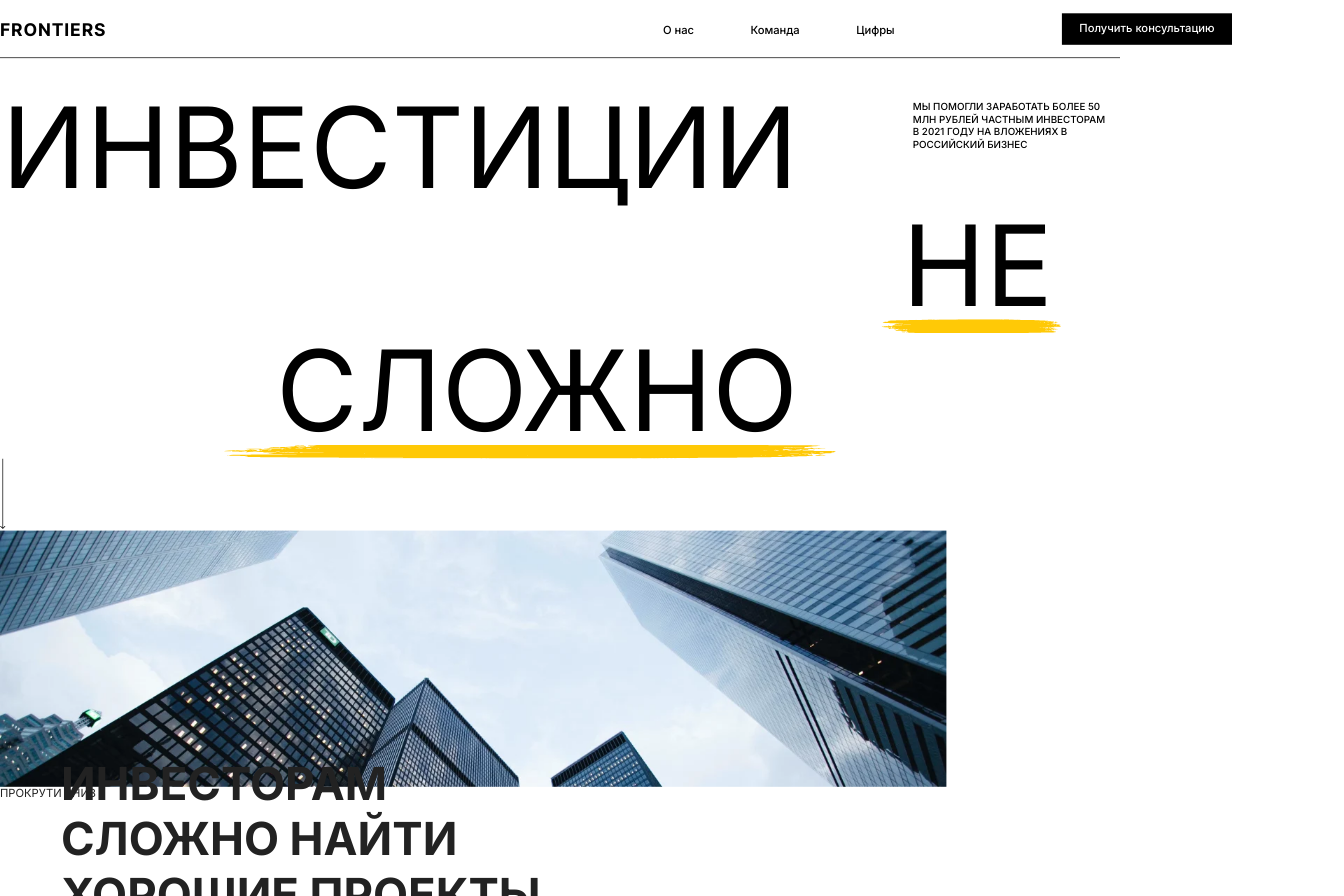
Repository: NadyaKorvin/frontiers
Page: /
An editor plug-in stored every save of this project. The page is shown before and after the next save, followed by the edit.
The browser window is 1280 px wide. The page is 1920 px wide, so the pictures cover 1920 px, including what lies to the right of the window. The pictures show the part of the page from y = 0 to 1280 px (the page is 2633 px tall), at 70% of full size.
The project was rebuilt for these pictures with package versions that can differ from the ones it lists, and the page was loaded fresh each time.

Above is the page before, as saved 2022-05-26 15:44:19.

### public/index.html
<!DOCTYPE html>
<html lang="en">
  <head>
    <meta charset="utf-8" />
    <link rel="icon" href="%PUBLIC_URL%/favicon.ico" />
    <meta name="viewport" content="width=device-width, initial-scale=1" />
    <meta name="theme-color" content="#000000" />
    <meta name="description" content="Web site created using create-react-app" />
    <link rel="apple-touch-icon" href="%PUBLIC_URL%/logo192.png" />
    <link rel="manifest" href="%PUBLIC_URL%/manifest.json" />
    <link rel="preconnect" href="https://fonts.googleapis.com" />
    <link rel="preconnect" href="https://fonts.gstatic.com" crossorigin />
    <link href="https://fonts.googleapis.com/css2?family=Inter:wght@300;400;500;700&display=swap" rel="stylesheet" />
    <title>FRONTIERS</title>
  </head>
  <body>
    <noscript>You need to enable JavaScript to run this app.</noscript>
    <div id="root"></div>
  </body>
</html>

### src/index.js
import React from "react"
import ReactDOM from "react-dom/client"

import App from "./App"

const root = ReactDOM.createRoot(document.getElementById("root"))
root.render(
  <React.StrictMode>
    <App />
  </React.StrictMode>
)

### src/App.js
import { useState } from "react";
import "./App.css";
import { SecondScreenAnimation } from "./components/secondScreen/SecondScreenAnimation";
import FirstScreen from "./components/firstScreen/FirstScreen";
import LastScreen from "./components/lastScreen/LastScreen";

function App() {
  const [mousePosition, setMousePosition] = useState("");

  const listenUpperMousePosition = (event) => {
    console.log(event);
    console.log(event.target);
    setMousePosition(event.target);
  };

  return (
    <>
      <FirstScreen />
      <div className="App">
        <SecondScreenAnimation listenMousePosition={listenUpperMousePosition} />
      </div>
      <LastScreen />
    </>
  );
}
export default App;

### src/App.css
@import url("./reset.css");
@import url("./components/secondScreen/SecondScreen.css");
@import url("./font/font.css");
@import url("./components/firstScreen/FirstScreen.css");
@import url("./components/lastScreen/LastScreen.css");
@import url("./components/button/Button.css");
@import url("./components/form/Form.css");

body {
  font-family: "Inter";
}

### src/components/firstScreen/FirstScreen.js
import React from "react";
import image from "./image.webp";

export default function firstScreen() {
  const pointer = (
    <svg
      width="8"
      height="101"
      viewBox="0 0 8 101"
      fill="none"
      xmlns="http://www.w3.org/2000/svg"
    >
      <path
        d="M4.35355 100.356C4.15829 100.551 3.84171 100.551 3.64645 100.356L0.464466 97.1735C0.269204 96.9783 0.269204 96.6617 0.464466 96.4664C0.659728 96.2712 0.976311 96.2712 1.17157 96.4664L4 99.2948L6.82843 96.4664C7.02369 96.2712 7.34027 96.2712 7.53553 96.4664C7.7308 96.6617 7.7308 96.9783 7.53553 97.1735L4.35355 100.356ZM3.5 100.002L3.5 0.00195312H4.5L4.5 100.002H3.5Z"
        fill="black"
      />
    </svg>
  );

  return (
    <>
      <section className="firstscreen">
        <header className="firstscreen__header">
          <div className="firstscreen__logotype">FRONTIERS</div>
          <div className="firstscreen__menu">
            <div className="firstscreen__nav">
              <nav className="firstscreen__nav_team">
                <ul>О нас</ul>
                <ul>Команда</ul>
                <ul>Цифры</ul>
              </nav>
            </div>
            <div className="firstscreen__button">
              <p className="firstscreen__text_btn">Получить консультацию</p>
            </div>
          </div>
        </header>
        <div className="firstscreen__content">
          <div className="firstscreen__content_left_text">
            <p>ИНВЕСТИЦИИ</p>
            <div>
              <p>СЛОЖНО</p>
              <div className="firstscreen__content_vector_complex" />
            </div>
          </div>
          <div className="firstscreen__content_rihgt_text">
            <div className="firstscreen__content_rihgt_text_up">
              <p>
                Мы помогли заработать более 50 млн рублей частным инвесторам в
                2021 году на вложениях в российский бизнес
              </p>
            </div>
            <div className="firstscreen__content_rihgt_text_down">
              <p>НЕ</p>
              <div className="firstscreen__content_vector_not" />
            </div>
          </div>
        </div>
        <div className="firstscreen__content_bottom_content">
          <div className="firstscreen__content_pointer">{pointer}</div>
          <img src={image} alt="" className="first__img" />
        </div>
        <p>ПРОКРУТИ ВНИЗ</p>
      </section>
    </>
  );
}

### src/reset.css
html,
body,
div,
span,
applet,
object,
iframe,
h1,
h2,
h3,
h4,
h5,
h6,
p,
blockquote,
pre,
a,
abbr,
acronym,
address,
big,
cite,
code,
del,
dfn,
em,
img,
ins,
kbd,
q,
s,
samp,
small,
strike,
strong,
sub,
sup,
tt,
var,
b,
u,
i,
center,
dl,
dt,
dd,
ol,
ul,
li,
fieldset,
form,
label,
legend,
table,
caption,
tbody,
tfoot,
thead,
tr,
th,
td,
article,
aside,
canvas,
details,
embed,
figure,
figcaption,
footer,
header,
hgroup,
menu,
nav,
output,
ruby,
section,
summary,
time,
mark,
audio,
video {
  margin: 0;
  padding: 0;
  border: 0;
  font-size: 100%;
  font: inherit;
  vertical-align: baseline;
}

:focus {
  outline: 0;
}

article,
aside,
details,
figcaption,
figure,
footer,
header,
hgroup,
menu,
nav,
section {
  display: block;
}

body {
  line-height: 1;
}

ol,
ul {
  list-style: none;
}

blockquote,
q {
  quotes: none;
}

blockquote:before,
blockquote:after,
q:before,
q:after {
  content: "";
  content: none;
}

table {
  border-collapse: collapse;
  border-spacing: 0;
}

input[type="search"]::-webkit-search-cancel-button,
input[type="search"]::-webkit-search-decoration,
input[type="search"]::-webkit-search-results-button,
input[type="search"]::-webkit-search-results-decoration {
  -webkit-appearance: none;
  -moz-appearance: none;
}

input[type="search"] {
  -webkit-appearance: none;
  -moz-appearance: none;
  -webkit-box-sizing: content-box;
  -moz-box-sizing: content-box;
  box-sizing: content-box;
}

textarea {
  overflow: auto;
  vertical-align: top;
  resize: vertical;
}

[hidden] {
  display: none;
}

html {
  font-size: 100%; /* 1 */
  -webkit-text-size-adjust: 100%; /* 2 */
  -ms-text-size-adjust: 100%; /* 2 */
}

a:focus {
  outline: thin dotted;
}

a:active,
a:hover {
  outline: 0;
}

img {
  border: 0;
  -ms-interpolation-mode: bicubic;
}

figure {
  margin: 0;
}

form {
  margin: 0;
}

fieldset {
  border: 1px solid #c0c0c0;
  margin: 0 2px;
  padding: 0.35em 0.625em 0.75em;
}

legend {
  border: 0; /* 1 */
  padding: 0;
  white-space: normal; /* 2 */
  *margin-left: -7px; /* 3 */
}

button,
input,
select,
textarea {
  font-size: 100%; /* 1 */
  margin: 0; /* 2 */
  vertical-align: baseline; /* 3 */
  *vertical-align: middle; /* 3 */
}

button,
input {
  line-height: normal;
}

button,
select {
  text-transform: none;
}

button,
html input[type="button"], /* 1 */
input[type="reset"],
input[type="submit"] {
  -webkit-appearance: button; /* 2 */
  cursor: pointer; /* 3 */
  *overflow: visible; /* 4 */
}

button[disabled],
html input[disabled] {
  cursor: default;
}

input[type="checkbox"],
input[type="radio"] {
  box-sizing: border-box; /* 1 */
  padding: 0; /* 2 */
  *height: 13px; /* 3 */
  *width: 13px; /* 3 */
}

input[type="search"] {
  -webkit-appearance: textfield; /* 1 */
  -moz-box-sizing: content-box;
  -webkit-box-sizing: content-box; /* 2 */
  box-sizing: content-box;
}

input[type="search"]::-webkit-search-cancel-button,
input[type="search"]::-webkit-search-decoration {
  -webkit-appearance: none;
}

button::-moz-focus-inner,
input::-moz-focus-inner {
  border: 0;
  padding: 0;
}

textarea {
  overflow: auto; /* 1 */
  vertical-align: top; /* 2 */
}

table {
  border-collapse: collapse;
  border-spacing: 0;
}

html,
button,
input,
select,
textarea {
  color: #222;
}

::-moz-selection {
  background: #b3d4fc;
  text-shadow: none;
}

::selection {
  background: #b3d4fc;
  text-shadow: none;
}

img {
  vertical-align: middle;
}

fieldset {
  border: 0;
  margin: 0;
  padding: 0;
}

textarea {
  resize: vertical;
}

.chromeframe {
  margin: 0.2em 0;
  background: #ccc;
  color: #000;
  padding: 0.2em 0;
}

### src/components/secondScreen/SecondScreen.css
.second__screen {
  display: flex;
  justify-content: space-between;
  margin: 0 auto;
  margin-top: 174px;
  /* придкмать решение сделать по центру*/
  display: flex;
  width: 1600px;
  height: 733px;
}

.animation__text_block {
  display: block;
  margin-left: 87px;
}

.animation__text_first_part,
.animation__text_second_part {
  width: 770px;
  text-transform: uppercase;
  font-size: 65px;
  font-weight: 700;
  line-height: 79px;
  transition: 0.6s ease-out;
}

.animation__text_second_part {
  color: #fff;
}

.animation__black_lines {
  margin-left: -10px;
  margin-top: -236px;
}

.animation__1th_black_line {
  margin-bottom: 5px;
  height: 75px;
  width: 444px;
  background-color: #000;
  transition: 0.6s ease-out;
}

.animation__2th_black_line {
  margin-bottom: 5px;
  height: 75px;
  width: 475px;
  background-color: #000;
  transition: 0.6s ease-out;
}
.animation__3th_black_line {
  height: 75px;
  width: 502px;
  background-color: #000;
  transition: 0.6s ease-out;
}

.right__part {
  display: flex;
  margin-left: 190px;
  flex-direction: column;
}

.conversation__image {
  margin-right: 222px;
  display: block;
  width: 400px;
  height: 400px;
  background: url("../secondScreen/people.png");
}

.decoration_marks {
  margin-top: -110px;
  transform: rotate(-180deg);
  font-size: 200px;
  font-weight: 300;
}

.text_paragraph {
  margin-left: 90px;
  width: 431px;
  font-size: 18px;
  font-weight: 400;
  line-height: 23px;
  text-transform: uppercase;
  line-height: 130%;
}

### src/font/font.css
@font-face {
  font-family: "Inter";
  src:
    url("./Inter-Bold.ttf") format("truetype")
    url("./Inter-Bold.woff2") format("woff2"),
    url("./Inter-Bold.woff") format("woff");
  font-weight: 700;
  font-style: normal;
  font-stretch: normal;
  unicode-range: U+0020-E0D0;
}

@font-face {
  font-family: "Inter";
  src:
    url("./Inter-Regular.woff2") format("woff2"),
    url("./Inter-Regular.ttf") format("truetype")
    url("./Inter-Regular.woff") format("woff");
  font-weight: 400;
  font-style: normal;
  font-stretch: normal;
  unicode-range: U+0020-E0D0;
}

@font-face {
    font-family:'Inter Medium';
    src:
        url("./Inter-Medium.ttf") format("truetype")
        url('Inter-Medium.woff2') format('woff2'),
		url('Inter-Medium.woff') format('woff');
    font-weight: 500;
    font-style: normal;
    font-stretch: normal;
    unicode-range: U+0020-E0D0;
}

@font-face {
    font-family:'Inter Light';
    src:
        url("./Inter-Light.ttf") format("truetype")
        url('Inter-Light.woff2') format('woff2'),
		url('Inter-Light.woff') format('woff');
    font-weight: 300;
    font-style: normal;
    font-stretch: normal;
    unicode-range: U+0020-E0D0;
}

### src/components/firstScreen/FirstScreen.css
.firstscreen {
  height: 1080px;
}

.firstscreen__header {
  width: 1600px;
  height: 82px;
  margin: 0 auto;
  border-bottom: 1px solid #000000;
  display: flex;
  justify-content: space-between;
}

.firstscreen__logotype {
  width: 151px;
  height: 30px;
  padding-top: 27px;
  font-family: "Inter";
  font-style: normal;
  font-weight: 700;
  font-size: 25px;
  line-height: 30px;
  letter-spacing: 0.05em;
  color: #000000;
}

.firstscreen__menu {
  padding-top: 33px;
  width: 653px;
  display: flex;
  justify-content: space-between;
}

.firstscreen__nav {
  width: 331px;
}

.firstscreen__nav_team {
  display: flex;
  justify-content: space-between;

  font-family: "Inter";
  font-style: normal;
  font-weight: 500;
  font-size: 16px;
  line-height: 19px;

  color: #000000;
}

.firstscreen__button {
  position: absolute;
  width: 243px;
  height: 45px;
  left: 1517px;
  top: 19px;
  background: #000000;
}

.firstscreen__text_btn {
  padding-top: 12px;
  padding-bottom: 12px;
  font-family: "Inter";
  font-style: normal;
  font-weight: 500;
  font-size: 16px;
  line-height: 19px;
  text-align: center;
  color: #ffffff;
}

.firstscreen__content {
  margin: 0 auto;
  width: 1600px;
  margin-top: 30px;
  display: flex;
}

.firstscreen__content_left_text {
  width: 1140px;
  height: 542px;
  display: flex;
  flex-direction: column;
  justify-content: space-between;
  text-align: end;
  font-family: "Inter";
  font-style: normal;
  font-weight: 400;
  font-size: 160px;
  line-height: 194px;
  text-transform: uppercase;
  color: #000000;
}

.firstscreen__content_vector_complex {
  margin-top: -20px;
  margin-left: 320px;
  width: 874px;
  height: 20px;
  background: url("./complex.svg");
}

.firstscreen__content_rihgt_text {
  margin-top: 30px;
  margin-left: 164px;
  width: 279px;
  height: 332px;
}

.firstscreen__content_rihgt_text_up {
  font-family: "Inter";
  font-style: normal;
  font-weight: 500;
  font-size: 14px;
  line-height: 130%;
  text-transform: uppercase;
  color: #000000;
}

.firstscreen__content_rihgt_text_down {
  margin-top: 66px;
  margin-left: -15px;
  width: 215px;
  height: 194px;
  font-family: "Inter";
  font-style: normal;
  font-weight: 400;
  font-size: 160px;
  line-height: 194px;
  text-transform: uppercase;
  color: #000000;
}

.firstscreen__content_vector_not {
  margin-top: -20px;
  margin-left: -30px;
  width: 256px;
  height: 20px;
  background: url(./not.svg);
}

.firstscreen__img {
  position: absolute;
  top: 714px;
  left: 568px;
  width: 1352px;
  height: 366px;
}

### src/components/lastScreen/LastScreen.css
.lastscreen {
  width: 1920px;
  height: 1080px;
}

.lastscreen__wrapper {
  position: relative;
  top: 109px;
  left: 170px;
  display: flex;
  justify-content: space-between;
  width: 1590px;
  height: 553px;
}

.lastscreen__left_content {
  position: relative;
  width: 775px;
  height: 553px;
  box-sizing: border-box;
  font-family: "Inter";
  font-style: normal;
  font-weight: 700;
  font-size: 65px;
  line-height: 79px;
  text-transform: uppercase;
  color: #000000;
}

.lastscreen__right_content {
  position: relative;
  width: 529px;
  height: 553px;
}

.lastscreen__text_form {
  width: 529px;
  height: 46px;
  left: 1231px;
  top: 4438px;
  font-family: "Inter";
  font-style: normal;
  font-weight: 400;
  font-size: 18px;
  line-height: 130%;
  text-transform: uppercase;
  color: #000000;
}

.lastscreen__footer {
  position: relative;
  margin: 308px 160px 0;
  width: 1600px;
  border-top: 1px solid #000000;
  bottom: 0px;
  display: flex;
  justify-content: space-between;
}

.lastscreen__contact {
  width: 357px;
}

.lastscreen__contact > p:nth-child(1) {
  padding: 33px 0 20px;
  font-family: "Inter";
  font-style: normal;
  font-weight: 700;
  font-size: 25px;
  line-height: 30px;
  color: #000000;
}

.contact > p:nth-child(2),
.contact > p:nth-child(3),
.contact > p:nth-child(4) {
  padding-bottom: 15px;
}

.design {
  padding-top: 150px;
  width: 260px;
  display: flex;
  margin-left: -80px;
  justify-content: space-between;
}

.frontiers {
  width: 250px;
  text-align: end;
}

.lastscreen__frontiers > p:nth-child(1) {
    padding: 30px 0 57px;
    font-family: "Inter";
    font-style: normal;
    font-weight: 700;
    font-size: 25px;
    line-height: 30px;
    color: #000000;
  }

.lastscreen__frontiers > p:nth-child(2),
.lastscreen__frontiers > p:nth-child(3) {
    padding-bottom: 15px;
}

a {
    text-decoration: none;
    color: #000000;
}

### src/components/button/Button.css
.form__button {
  position: relative;
  display: block;
  width: 243px;
  height: 55px;
  font-family: "Inter";
  font-size: 16px;
  background-color: #000000;
  border: 0;
  text-align: center;
  cursor: pointer;
  font-family: "Inter";
  font-style: normal;
  font-weight: 500;
  font-size: 16px;
  line-height: 19px;
  color: #ffffff;
}

### src/components/form/Form.css
.form {
  margin-top: 60px;
  width: 529px;
  height: 355px;
  border-top: 1px solid #d1d1d1;
}

.form__input,
.form__textarea {
  width: 529px;
  height: 80px;
  border: 0;
  outline: none;
  font-size: 18px;
  color: #000000;
  text-transform: uppercase;
}

.form__textarea {
  height: 80px;
  line-height: 80px;
  overflow: hidden;
  /* resize: none; */
}

.form__borders {
  border-bottom: 1px solid #d1d1d1;
}

.form__consent {
  display: -webkit-box;
  display: -ms-flexbox;
  display: flex;
  margin: 30px 0 0;
}

.form__policy_text {
  margin-top: 15px;
  margin-left: 15px;
  width: 250px;
  height: 40px;
  box-sizing: border-box;
  font-family: "Inter";
  font-style: normal;
  font-weight: 400;
  font-size: 13px;
  line-height: 150%;
  color: #787878;
}

.form__checkbox {
  opacity: 0;
  width: 0;
}

.form__checkfake {
  margin: 15px 0;
  display: block;
  width: 15px;
  height: 15px;
  border: 1px solid #1f1f1f;
  cursor: pointer;
}

.form__checkfake::before {
  content: "";
  position: absolute;
  display: block;
  width: 14px;
  height: 14px;
  background: url("./checkmark.svg");
  opacity: 0;
}

.form__checkbox:checked + .form__checkfake::before {
  opacity: 1;
}

.form__focus {
  text-transform: uppercase;
  color: #ff0000;
  margin-bottom: 10px;
  font-size: 13px;
}

.form__focus_consent {
  position: relative;
  top: 10px;
  text-transform: uppercase;
  color: #ff0000;
  font-size: 13px;
}

.form__btn {
    margin-top: 14px;
  position: relative;
  overflow: hidden;
}

### src/components/button/Button.js
import React from "react";

export default function Button({ title }) {
  return (
    <>
      <button className="form__button" >
        {title}
      </button>
    </>
  );
}

Loaded but not shown: src/components/lastScreen/LogoKojo.js (76 lines, source omitted); src/components/form/Form.js (142 lines, source omitted); src/components/secondScreen/SecondScreenAnimation.js (44 lines, source omitted); src/components/lastScreen/LastScreen.js (43 lines, source omitted)

After the next save:
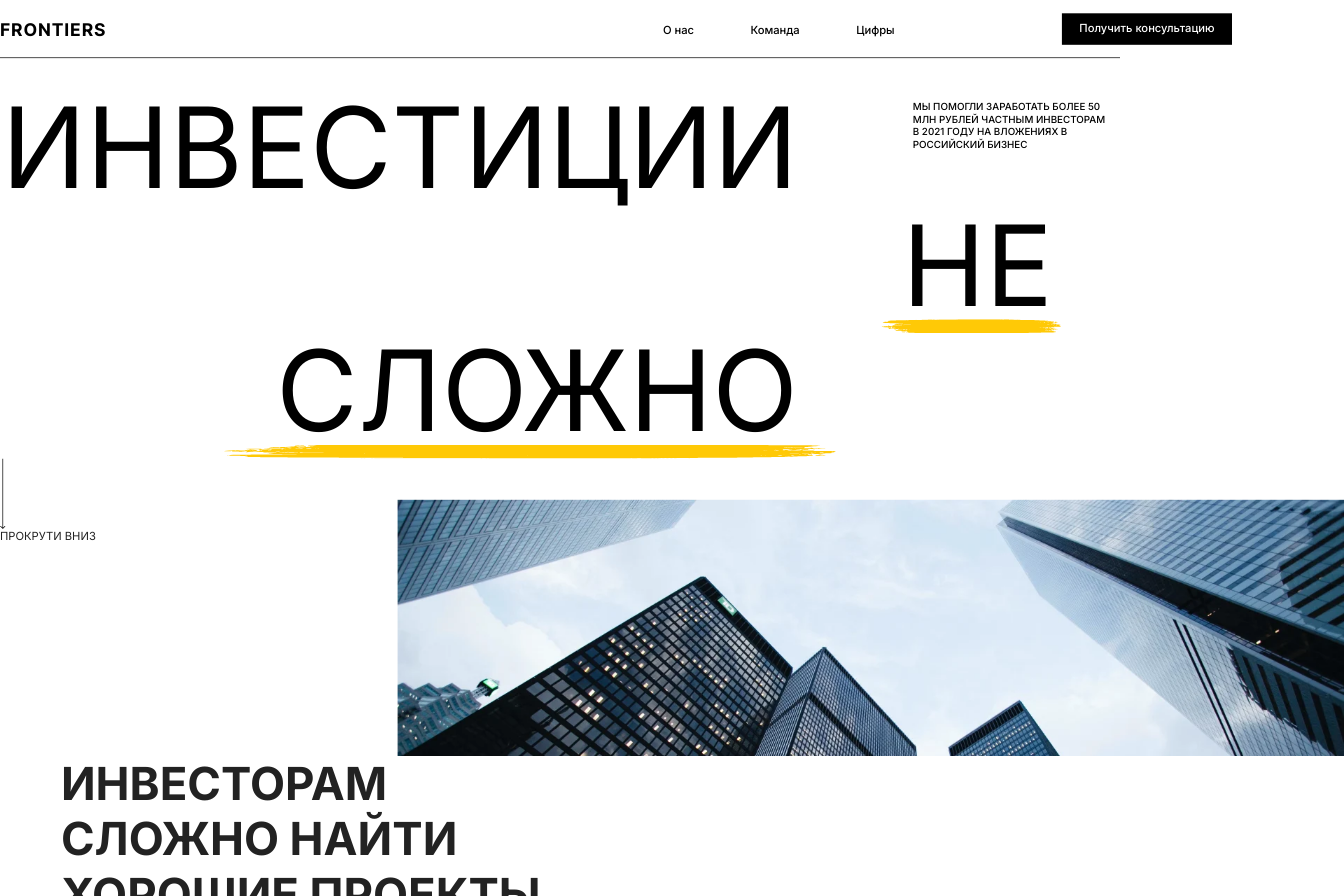
Saved 12 min 33 s later.
--- a/src/components/firstScreen/FirstScreen.js
+++ b/src/components/firstScreen/FirstScreen.js
@@ -58,7 +58,7 @@ export default function firstScreen() {
         </div>
         <div className="firstscreen__content_bottom_content">
           <div className="firstscreen__content_pointer">{pointer}</div>
-          <img src={image} alt="" className="first__img" />
+          <img src={image} alt="" className="firstscreen__img" />
         </div>
         <p>ПРОКРУТИ ВНИЗ</p>
       </section>

After the save that followed:
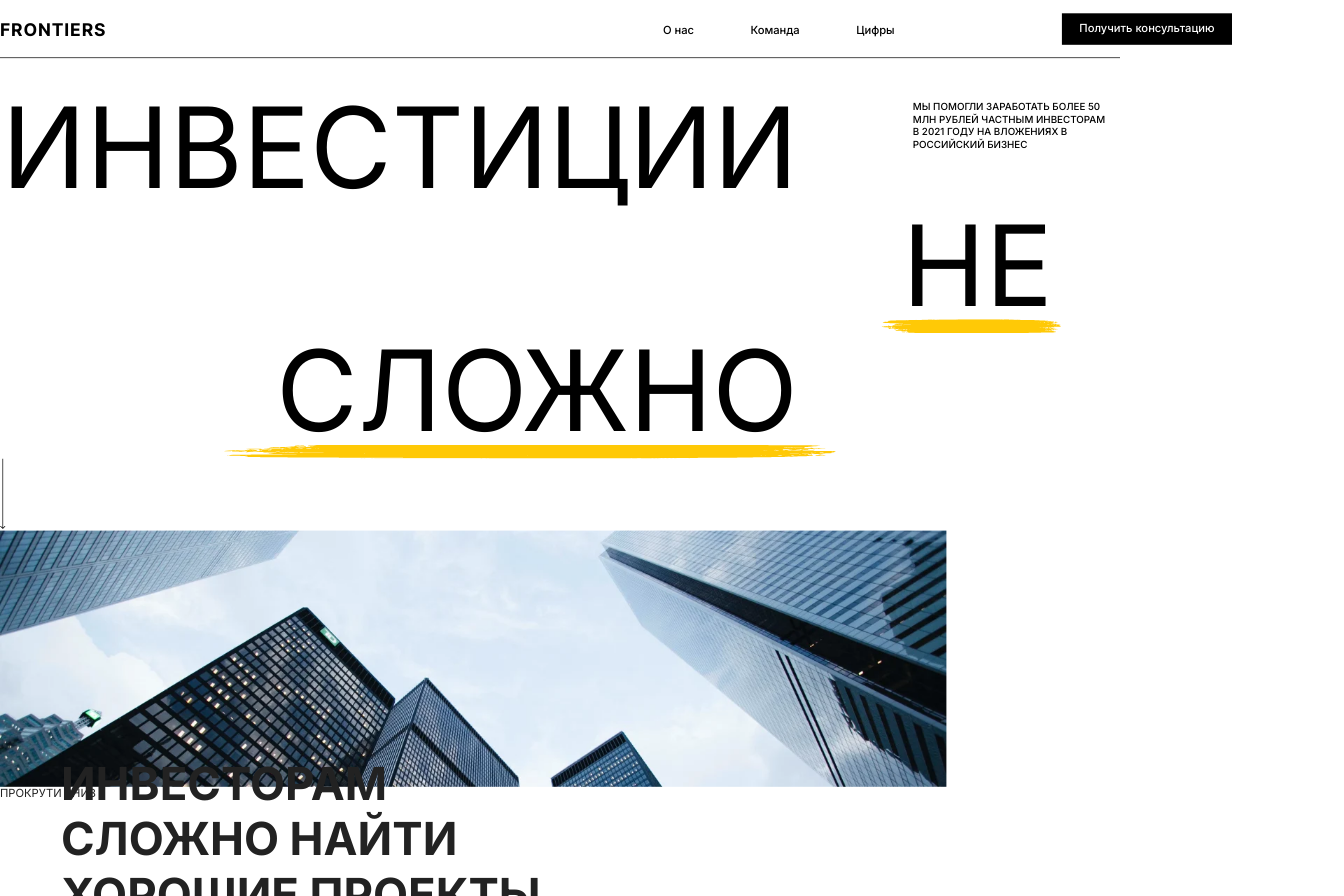
Saved 20 s later.
--- a/src/components/firstScreen/FirstScreen.css
+++ b/src/components/firstScreen/FirstScreen.css
@@ -140,7 +140,6 @@
 }
 
 .firstscreen__img {
-  position: absolute;
   top: 714px;
   left: 568px;
   width: 1352px;
